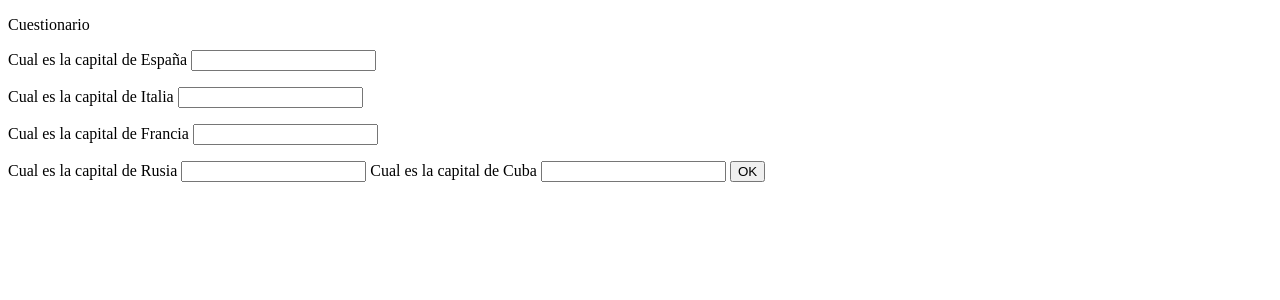
Repository: Matmart13/Acceso-a-Datos-2
Page: http://localhost/JSP1/Ejercicio4.jsp
These files come from the project's save history. The page is drawn as it stood at one moment and after the next save; the edit follows.
The browser window is 1280 px wide. The pictures show the whole page.
The page is served by Tomcat 9.

Above is the page before, as saved 2023-01-30 15:02:21.

After the next save:
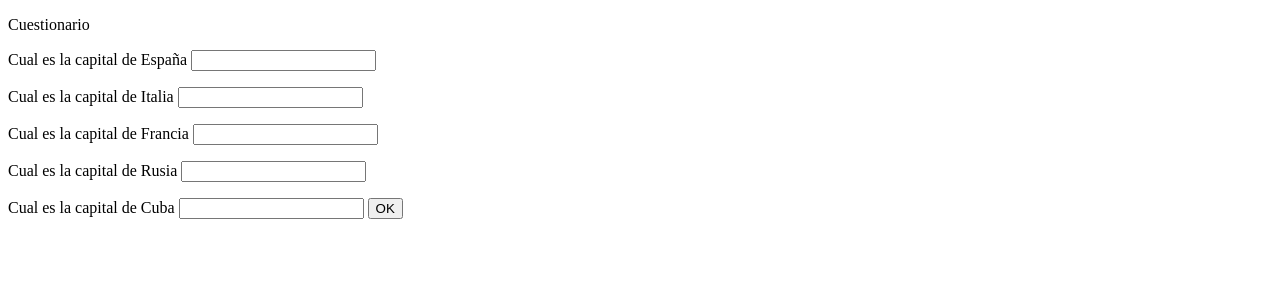
Saved 8 s later.
--- a/JSP1/src/main/webapp/Ejercicio4.jsp
+++ b/JSP1/src/main/webapp/Ejercicio4.jsp
@@ -14,8 +14,8 @@
 <input type="text" name="Italia"></p>
 <p>Cual es la capital de Francia
 <input type="text" name="Francia"></p>
-Cual es la capital de Rusia
-<input type="text" name="Rusia">
+<p>Cual es la capital de Rusia
+<input type="text" name="Rusia"></p>
 Cual es la capital de Cuba
 <input type="text" name="Cuba">
 <input type="submit" value="OK">
